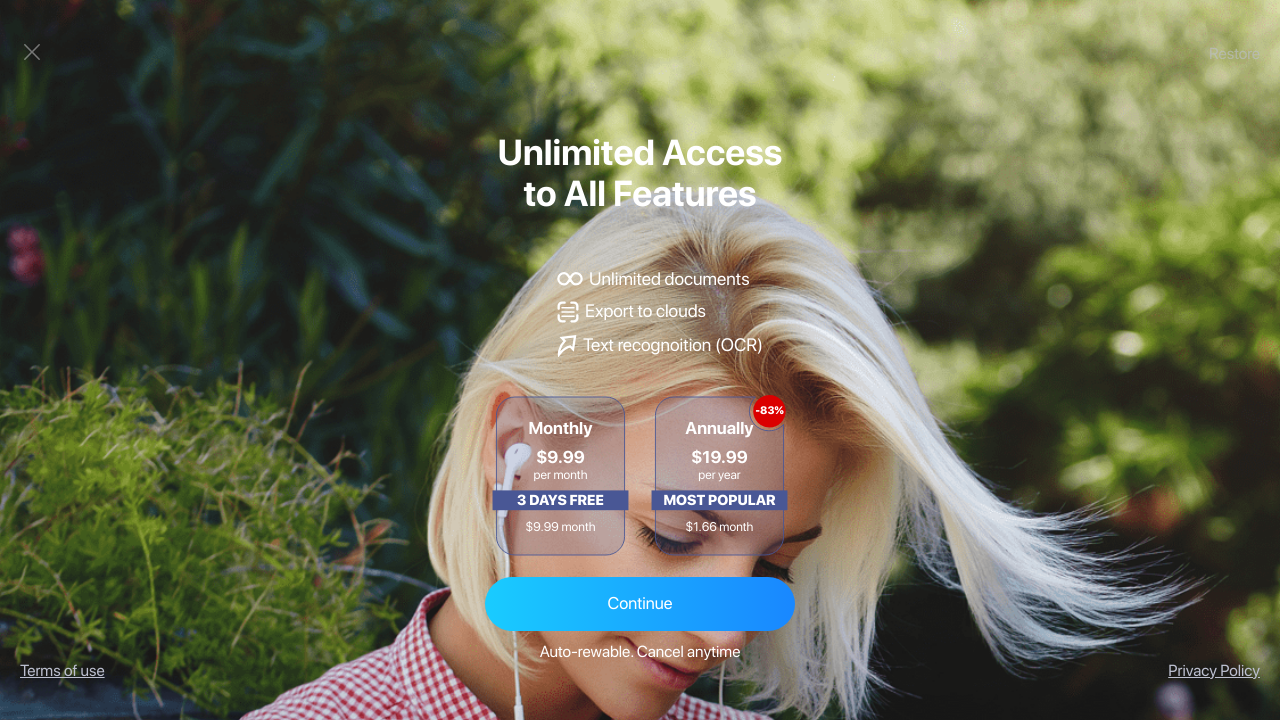
Repository: Ivan0195/bp-banner
Page: /
An editor plug-in stored every save of this project. The page is shown before and after the next save, followed by the edit.
The browser window is 1280 px wide. The pictures show the whole page.
The project was rebuilt for these pictures with package versions that can differ from the ones it lists, and the page was loaded fresh each time. Also part of the build but not shown: webpack.config.js.

Above is the page before, as saved 2023-03-17 11:09:08.

### src/index.html
<!DOCTYPE html>
<html lang="en">

<head>
  <meta charset="UTF-8">
  <meta http-equiv="X-UA-Compatible" content="IE=edge">
  <meta name="viewport" content="width=device-width, initial-scale=1.0">
  <link rel="icon" href="img/favicon.png" type="image/png">
  <title>BP-mobile</title>
</head>

<body>


  <header>
    <a href="#"><img src="/src/img/close.svg" alt="close"></a>
    <a href="#" class="restore">Restore</a>
  </header>


  <main>

    <h1 class="titleText">Unlimited Access to All Features</h1>

    <ul>
      <li>
        <img src="/src/img/unlimitedDocs.svg"/>
        Unlimited documents
      </li>
      <li><img src="/src/img/noAds.svg" />Export to clouds</li>
      <li><img src="/src/img/export.svg" />Text recognoition (OCR)</li>
    </ul>

    <div class="subscriptionsBlock">

      <div id="month" class="subscriptionMonthlyBlock">
        <span class="title">Monthly</span>
        <div class="subscriptionPriceBlock">
          <span class="bigPrice">$9.99</span>
          <span class="smallText">per month</span>
        </div>
        <span class="promotionLine">3 days free</span>
        <span class="smallText">$9.99 month</span>
      </div>

      <div id="year" class="subscriptionAnnualyBlock">
        <div class="discountTag">-83%</div>
        <span class="title">Annually</span>
        <div class="subscriptionPriceBlock">
          <span class="bigPrice">$19.99</span>
          <span class="smallText">per year</span>
        </div>
        <span class="promotionLine">most popular</span>
        <span class="smallText">$1.66 month</span>
      </div>

    </div>

      <a id="button" class="continueButton">Continue</a>
      <span class="smallte">Auto-rewable. Cancel anytime</span>
  </main>


  <footer>
    <a href='#'>Terms of use</a>
    <a href='#'>Privacy Policy</a>
  </footer>


</body>
</html>

### src/index.js
import './index.html';
import './index.scss';

const month = document.getElementById('month');
const year = document.getElementById('year');
const button = document.getElementById('button');

const onElementSelect = (element, target, link) => {
    element.style.scale = 0.9;
    element.style.opacity = 0.5;
    target.style.scale = 1;
    target.style.opacity = 1;
    button.href = link;
}

month.onclick = () => onElementSelect(year, month, 'https://apple.com/');
year.onclick = () => onElementSelect(month, year, 'https://google.com/ ');

### src/style/_fonts.scss
@font-face {
  font-family: 'SFPro';
  src: url('../fonts/SFProDisplay-Regular.woff2') format('woff2'),
    url('../fonts/SFProDisplay-Regular.woff') format('woff');
}

@font-face {
  font-family: 'SFPro-Bold';
    src: url('../fonts/SFProDisplay-Bold.woff2') format('woff2'),
      url('../fonts/SFProDisplay-Bold.woff') format('woff');
  }

  @font-face {
    font-family: 'SFPro-Heavy';
    src: url('../fonts/SFProDisplay-Heavy.woff2') format('woff2'),
      url('../fonts/SFProDisplay-Heavy.woff') format('woff');
  }

### src/style/_var.scss
$textPrimary: #FFFFFF;
$textSecondary: #BDC0D0;
@mixin FlexCenter {
    display: flex;
    align-items: center;
    justify-content: center;
}

### src/style/_style.scss
body {
  font-family: 'SFPro';
  color: $textPrimary;
  background-image: url("/src/img/background-image.png");
  background-size: cover;
  padding: 40px 20px;
  display: flex;
  flex-direction: column;
  align-items: center;
  justify-content: space-between;
  box-sizing: border-box;
  height: 100vh;
}

header {
  @include FlexCenter;
  justify-content: space-between;
  width: 100%;
}

main {
  @include FlexCenter;
  flex-direction: column;
  justify-content: flex-end;
  height: 100%;
  row-gap: 12px;
}

ul {
  list-style-type: none;
  font-size: 18px;
  display: flex;
  flex-direction: column;
  row-gap: 12px;
}

li {
  display: flex;
  column-gap: 6px;
}

footer {
  width: 100%;
  @include FlexCenter;
  justify-content: space-between;
  color: $textSecondary;
  text-decoration: underline;
}

a {
  text-decoration: none;
  color: $textSecondary;
}

a:visited {
  text-decoration: none;
  color: $textSecondary;
}

.restore {
opacity: 0.6;
}

.titleText {
  width: 286px;
  text-align: center;
  font-family: 'SFPro-Bold';
  font-size: 36px;
}

.subscriptionsBlock {
  @include FlexCenter;
  column-gap: 8px;
}

.subscriptionMonthlyBlock {
  @include FlexCenter;
  flex-direction: column;
  row-gap: 10px;
  background-image: url('/src/img/shape-1.svg');
  height: 178px;
  width: 151px;
  background-size: contain;
  background-repeat: no-repeat;
  background-position: top;
  scale: 0.9;
  transition: all .5s
}

.subscriptionAnnualyBlock {
  position: relative;
  @extend .subscriptionMonthlyBlock;
  background-image: url('/src/img/shape-2.svg');
}

.subscriptionPriceBlock {
  @include FlexCenter;
  flex-direction: column;
}

.title {
  font-family: 'SFPro-bold';
    font-size: 19px;
}

.bigPrice {
  font-family: 'SFPro-bold';
  font-size: 19px;
}

.promotionLine {
  @include FlexCenter;
  background-color: #495795;
  width: 100%;
  text-align: center;
  font-family: 'SFPro-Heavy';
  text-transform: uppercase;
  height: 22px;
}

.smallText {
  font-size: 14px
}

.discountTag {
  @include FlexCenter;
  height: 36px;
  width: 36px;
  border-radius: 50%;
  background-color: #DB0000;
  position: absolute;
  font-family: 'SFPro-Heavy';
  font-size: 12px;
  top: -1px;
  right: 2px;
}

.continueButton {
  @include FlexCenter;
  width: 100%;
  background: linear-gradient(270deg, #1987FF 0%, #19CCFF 100%);
  border: none;
  height: 54px;
  border-radius: 27px;
  font-family: 'SFPro';
  font-size: 17px;
  color: $textPrimary
}

.continueButton :visited {
  color: $textPrimary;
}

Loaded but not shown: src/index.scss (common file)

After the next save:
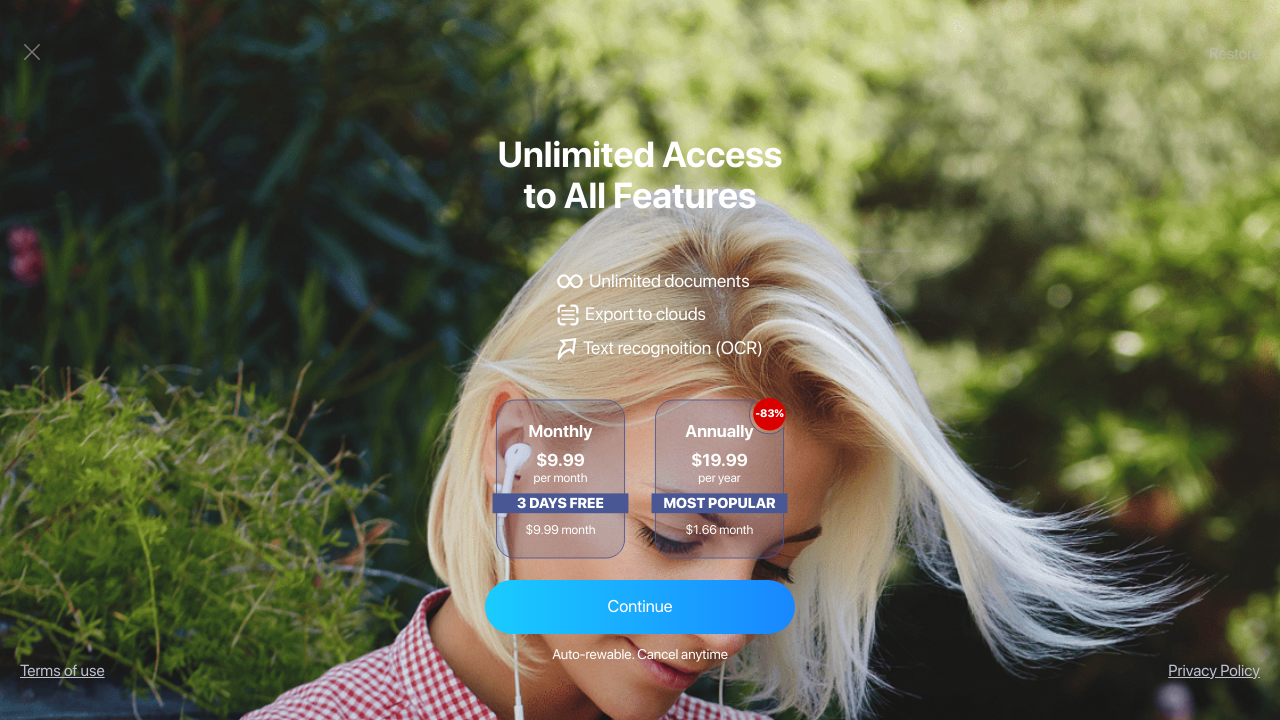
Saved 5 s later.
--- a/src/index.html
+++ b/src/index.html
@@ -57,7 +57,7 @@
     </div>
 
       <a id="button" class="continueButton">Continue</a>
-      <span class="smallte">Auto-rewable. Cancel anytime</span>
+      <span class="smallText">Auto-rewable. Cancel anytime</span>
   </main>
 
 
